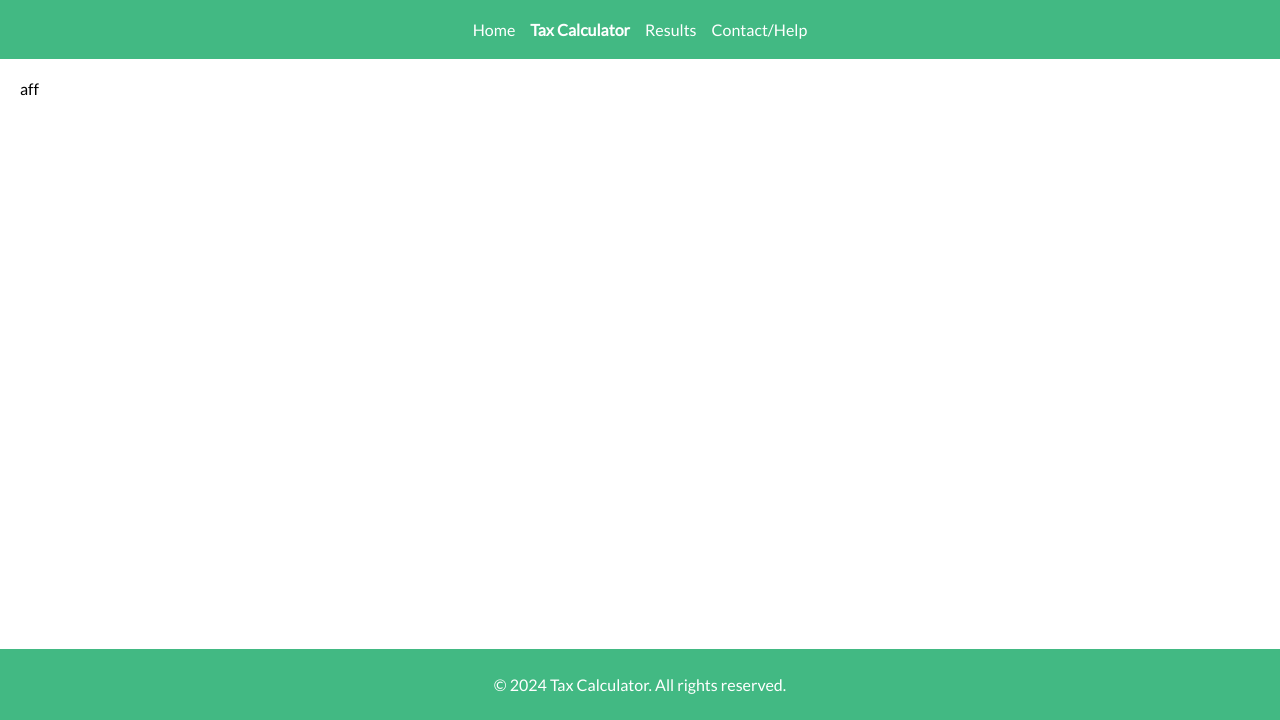
Repository: Tracy-maker/tax_calculator
Page: /calculator
An editor plug-in stored every save of this project. The page is shown before and after the next save, followed by the edit.
The browser window is 1280 px wide. The pictures show the whole page.
The project was rebuilt for these pictures with package versions that can differ from the ones it lists, and the page was loaded fresh each time. Also part of the build but not shown: vite.config.js, src/components/page/HomePage.vue, src/components/page/ResultPage.vue, src/components/page/ContactHelp.vue.

Above is the page before, as saved 2024-06-26 20:36:17.

### index.html
<!doctype html>
<html lang="en">
  <head>
    <meta charset="UTF-8" />
    <link rel="icon" href="src/assets/logo.svg" />
    <meta name="viewport" content="width=device-width, initial-scale=1.0" />
    <title>Tax Calculator</title>
  </head>
  <body>
    <div id="app"></div>
    <script type="module" src="/src/main.js"></script>
  </body>
</html>

### src/main.js
import './assets/main.css'
import { createApp } from 'vue'
import App from './App.vue'
import router from './router'

createApp(App).use(router).mount('#app')

### src/assets/main.css
@import url('https://fonts.googleapis.com/css?family=Lato&display=swap');

:root {
  --box-shadow: 0 1px 3px rgba(0, 0, 0, 0.12), 0 1px 2px rgba(0, 0, 0, 0.24);
}

* {
  box-sizing: border-box;
}

html,
body {
  height: 100%;
  margin: 0;
  padding: 0;
  font-family: 'Lato', sans-serif;
}

#app {
  display: flex;
  flex-direction: column;
  min-height: 100vh;
}

header {
  background-color: #42b983;
  padding: 20px;
  color: white;
}

nav {
  display: flex;
  justify-content: center;
  gap: 15px;
  flex-wrap: wrap;
}

nav a {
  color: white;
  text-decoration: none;
  cursor: pointer;
}

nav a.router-link-exact-active {
  font-weight: bold;
}

main {
  flex: 1;
  padding: 20px;
}

footer {
  justify-content: center;
  align-items: center;
  text-align: center;
  padding: 10px;
  background-color: #42b983;
  color: white;
  display: flex;
}

.home,
.calculator,
.results,
.contact-help {
  display: flex;
  flex-direction: column;
  justify-content: center;
  align-items: center;
  min-height: auto;
  position: relative;
  overflow: hidden;
  padding: 20px;
  text-align: center;
}

.start-calculation {
  display: inline-block;
  margin-top: 20px;
  padding: 10px 20px;
  background-color: #42b983;
  color: white;
  text-decoration: none;
  border-radius: 5px;
  box-shadow: var(--box-shadow);
}

.start-calculation:hover {
  background-color: #369963;
}

.modal {
  position: fixed;
  top: 0;
  left: 0;
  width: 100%;
  height: 100%;
  background-color: rgba(0, 0, 0, 0.5);
  display: flex;
  justify-content: center;
  align-items: center;
}

.modal-content {
  background-color: white;
  padding: 20px;
  border-radius: 5px;
  text-align: center;
}

.close {
  position: absolute;
  top: 10px;
  right: 10px;
  cursor: pointer;
}

.share-buttons {
  display: flex;
  flex-direction: column;
  gap: 10px;
}

@media (max-width: 768px) {
  .home,
  .calculator,
  .results,
  .contact-help {
    padding: 10px;
  }

  header {
    text-align: center;
  }

  nav {
    flex-direction: row;
    gap: 10px;
  }

  main {
    padding: 10px;
  }

  footer {
    flex-direction: column;
  }
}

@media (max-width: 480px) {
  .home,
  .calculator,
  .results,
  .contact-help {
    padding: 5px;
  }

  .start-calculation {
    width: 100%;
    text-align: center;
  }
}

### src/App.vue
<template>
  <div id="app">
    <header>
      <nav>
        <router-link to="/">Home</router-link>
        <router-link to="/calculator">Tax Calculator</router-link>
        <router-link to="/results">Results</router-link>
        <router-link to="/contact">Contact/Help</router-link>
      </nav>
    </header>
    <main>
      <router-view></router-view>
    </main>
    <footer>
      <p>&copy; 2024 Tax Calculator. All rights reserved.</p>
    </footer>
  </div>
</template>

<script lang="ts">
import { defineComponent } from 'vue'
import { RouterLink, RouterView } from 'vue-router'

export default defineComponent({
  name: 'App',
  components: {
    RouterLink,
    RouterView
  }
})
</script>

### src/router.js
import { createRouter, createWebHistory } from 'vue-router'
import HomePage from './components/page/HomePage.vue'
import TaxCalculator from './components/page/TaxCalculator.vue'
import ResultPage from './components/page/ResultPage.vue'
import ContactHelp from './components/page/ContactHelp.vue'

const routes = [
  { path: '/', name: 'Home', component: HomePage },
  { path: '/calculator', name: 'Calculator', component: TaxCalculator },
  { path: '/results', name: 'Results', component: ResultPage },
  { path: '/contact', name: 'Contact', component: ContactHelp }
]

const router = createRouter({
  history: createWebHistory(),
  routes
})

export default router

### src/components/page/TaxCalculator.vue
<template>aff</template>

After the next save:
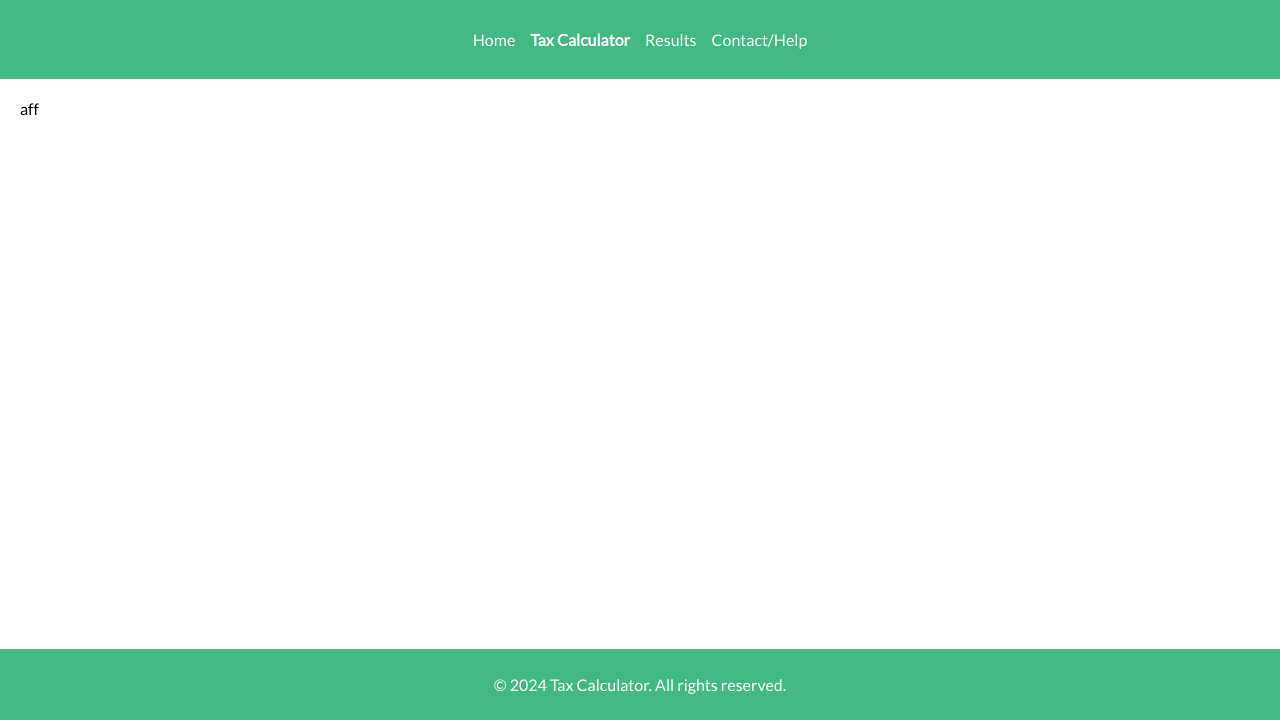
Saved 6 s later.
--- a/src/assets/main.css
+++ b/src/assets/main.css
@@ -24,7 +24,7 @@ body {
 
 header {
   background-color: #42b983;
-  padding: 20px;
+  padding: 30px;
   color: white;
 }
 
